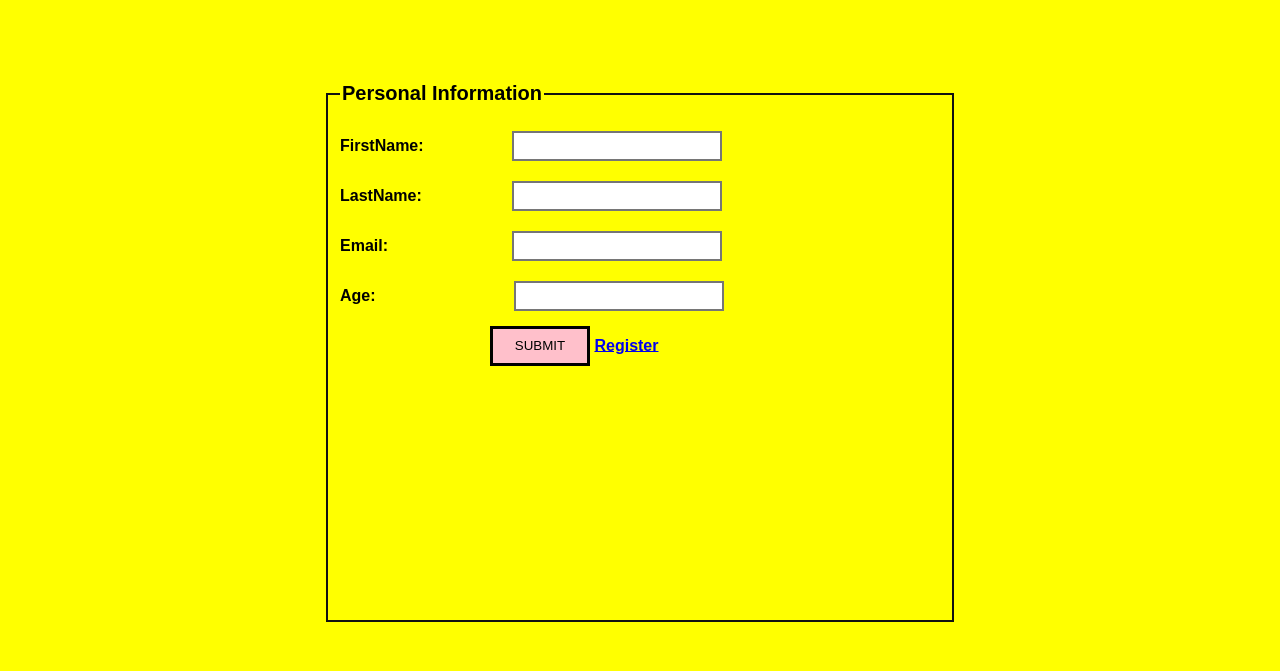
Repository: Femi007-gh/Legend
Page: index.html
These files come from the project's save history. The page is drawn as it stood at one moment and after a run of saves; the edit follows.
The browser window is 1280 px wide. The pictures show the whole page.

Above is the page before, as saved 2025-04-07 21:49:51.

After the next 2 saves:
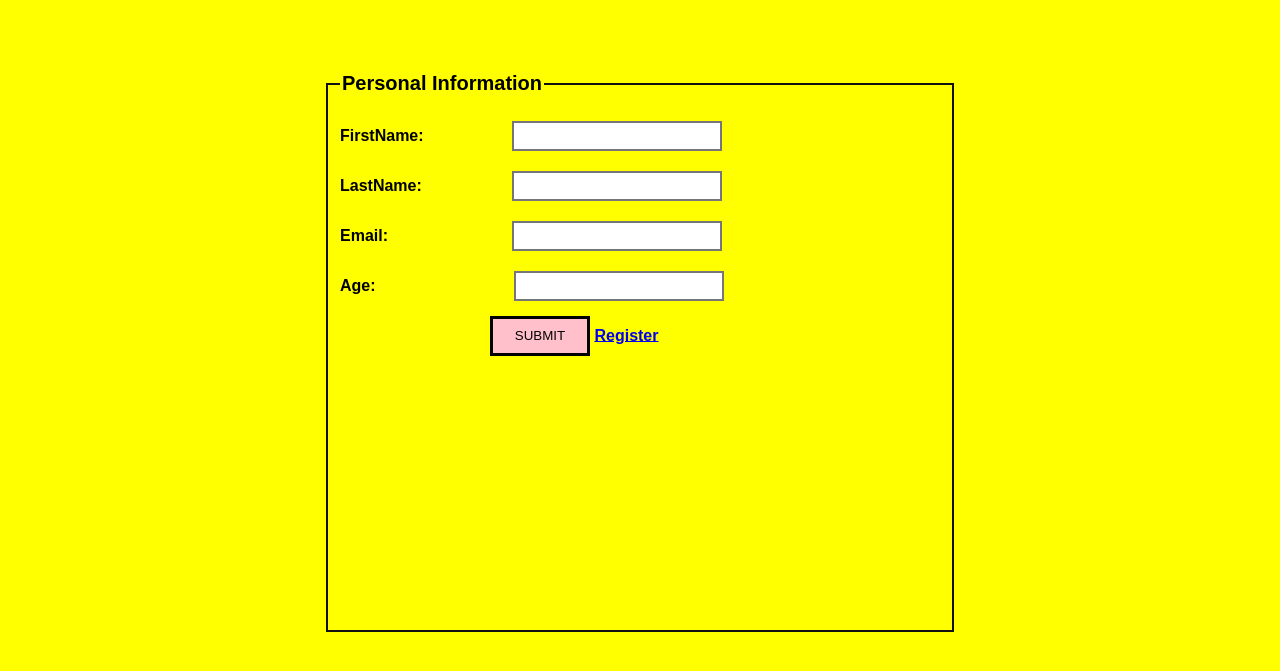
The 2 saves are shown as one change because they came seconds apart.
The last was saved 6 s later.
--- a/style.css
+++ b/style.css
@@ -14,7 +14,7 @@ body {
 .field {
   border: 2px solid #111;
   width: 600px;
-  height: 520px;
+  height: 540px;
 }
 
 .FN {
